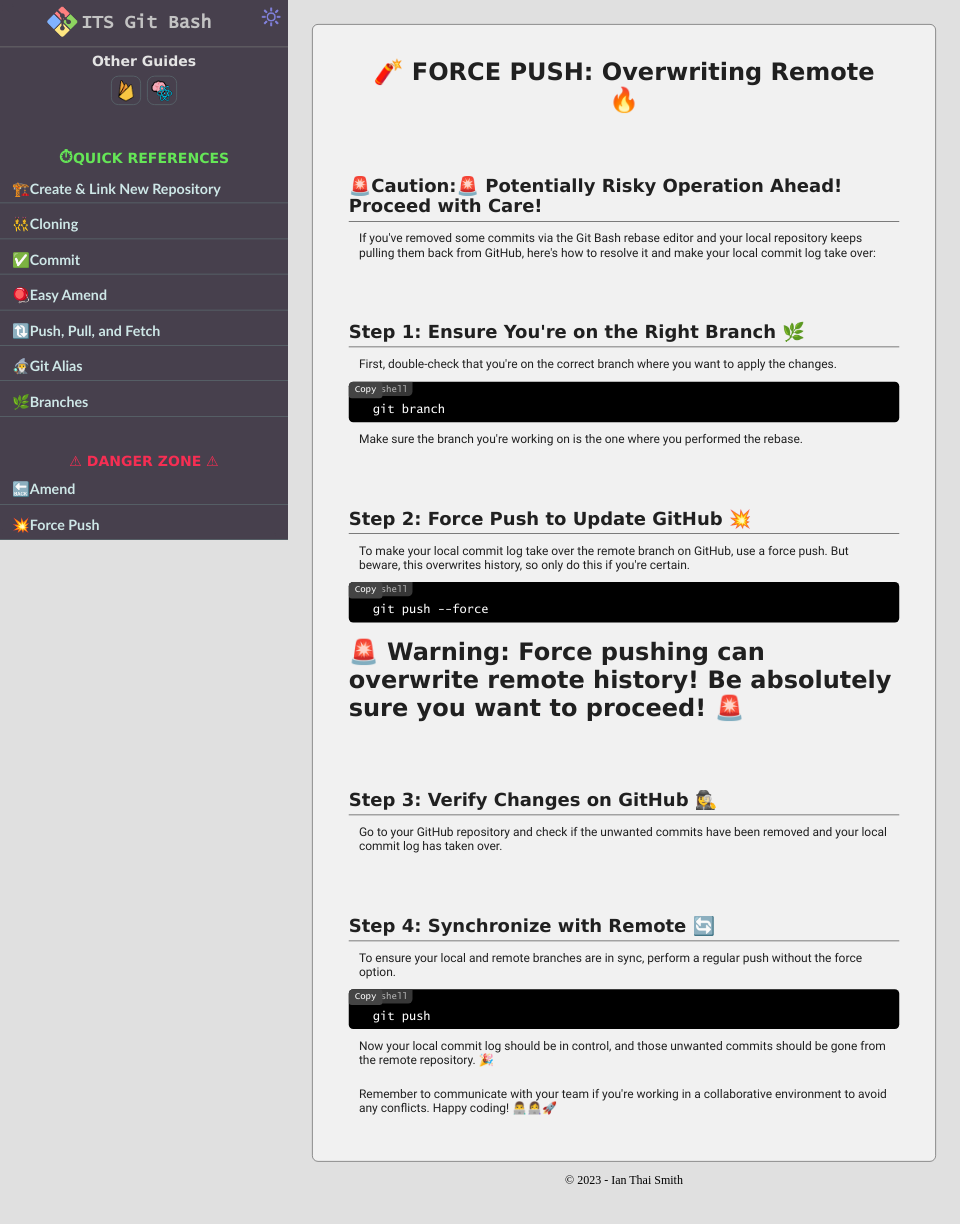
Repository: whyDoILoveThis/project__ITS_Git_Bash
Page: html/💥force-push.html
These files come from the project's save history. The page is drawn as it stood at one moment and after the next save; the edit follows.
The browser window is 1280 px wide. The pictures show the whole page, at 75% of full size.

Above is the page before, as saved 2025-07-06 07:14:19.

### html/💥force-push.html
<!DOCTYPE html>
<html lang="en">
  <head>
    <meta charset="UTF-8" />
    <meta name="viewport" content="width=device-width, initial-scale=1.0" />
    <link rel="stylesheet" href="/css/normalize.css" />
    <link rel="stylesheet" href="/css/style.css" />
    <title>💥Force Push💥</title>
  </head>
  <body>
    <!--!!!!!-->
    <!--! MAIN-WRAP -->
    <div class="main-wrap">
      <section class="article-wrap">
        <article class="article">
          <h1 class="article__heading">🧨 FORCE PUSH: Overwriting Remote 🔥</h1>

          <h2>
            🚨Caution:🚨 Potentially Risky Operation Ahead! Proceed with Care!
          </h2>

          <p>
            If you've removed some commits via the Git Bash rebase editor and
            your local repository keeps pulling them back from GitHub, here's
            how to resolve it and make your local commit log take over:
          </p>

          <h2>Step 1: Ensure You're on the Right Branch 🌿</h2>

          <p>
            First, double-check that you're on the correct branch where you want
            to apply the changes.
          </p>

          <div class="code"><p>git branch</p></div>

          <p>
            Make sure the branch you're working on is the one where you
            performed the rebase.
          </p>

          <h2>Step 2: Force Push to Update GitHub 💥</h2>

          <p>
            To make your local commit log take over the remote branch on GitHub,
            use a force push. But beware, this overwrites history, so only do
            this if you're certain.
          </p>

          <div class="code"><p>git push --force</p></div>

          <h1>
            🚨 Warning: Force pushing can overwrite remote history! Be
            absolutely sure you want to proceed! 🚨
          </h1>

          <h2>Step 3: Verify Changes on GitHub 🕵️‍♀️</h2>

          <p>
            Go to your GitHub repository and check if the unwanted commits have
            been removed and your local commit log has taken over.
          </p>

          <h2>Step 4: Synchronize with Remote 🔄</h2>

          <p>
            To ensure your local and remote branches are in sync, perform a
            regular push without the force option.
          </p>

          <div class="code"><p>git push</p></div>

          <p>
            Now your local commit log should be in control, and those unwanted
            commits should be gone from the remote repository. 🎉
          </p>

          <p>
            Remember to communicate with your team if you're working in a
            collaborative environment to avoid any conflicts. Happy coding!
            👨‍💻👩‍💻🚀
          </p>
        </article>
      </section>
    </div>
    <!--! MAIN-WRAP -->
    <!--! !!!!!!! -->
    <script src="/JS/dynamic-nav.js"></script>
    <script src="/JS/copy-code-btn.js"></script>
  </body>
</html>

### css/style.css


/*TODO: REFACTOR FOR BETTER ORGANIZATION
        AND REMOVING REDUNDANCIES*/

        :root {
            --size--brightness-toggler: 50px;
        }


.gradient {
    width: 100vw;
    height: 100vh;
    background: rgb(52,30,84);
background: linear-gradient(360deg, rgba(52,30,84,1) 0%, rgba(67,41,166,1) 100%);
}

@font-face {
    font-family: LucidaConsole;
    src: url(/fonts/lucon.ttf);

}

@font-face {
    font-family: Roboto;
    src: url(/fonts/Roboto-Regular.ttf);
}

body {
    font-family: 'Lucida Sans', 'Lucida Sans Regular', 'Lucida Grande', 'Lucida Sans Unicode', Geneva, Verdana, sans-serif;
    transition: background-color 0.3s ease-in;
    background-color: rgb(36, 31, 35);

}

body::-webkit-scrollbar-track
{
	-webkit-box-shadow: inset 0 0 6px rgba(0,0,0,0.3);
	border-radius: 10px;
	background-color: rgb(52, 29, 69);
}

body::-webkit-scrollbar
{
    border-radius: 10px;

	width: 5px;
	background-color: rgb(50, 41, 56);
}

body::-webkit-scrollbar-thumb
{
	border-radius: 10px;
	-webkit-box-shadow: inset 0 0 6px rgba(0,0,0,.3);
	background-color: #8181DB;
}



ul {
    list-style-type: none;
    padding: 0;
    padding-bottom: 4rem;
    margin: 0;
}

ul li {
    padding: 1rem 0 0.5rem 1rem;
    border-bottom: 0.5px solid rgb(90, 105, 110);
}

li a {
    text-decoration: none;
    color: rgb(206, 231, 231);
    font-family: 'Trebuchet MS', 'Lucida Sans Unicode', 'Lucida Grande', 'Lucida Sans', Arial, sans-serif;
    font-weight: 600;
    text-decoration-thickness: 0px;
    font-size: 19px;
}

a {
    color: rgb(45, 143, 248);
    text-decoration: none;
}

a:hover {
    font-weight: 600;
    text-decoration: underline;
}

li a:hover {
    text-decoration: underline;
    text-decoration-thickness: 2px;
    text-decoration-color: rgb(110, 203, 103);
}

em {
    font-style: normal;
}

.main-wrap {
    display: flex;
    height: 100%;
    width: 100%;
}

/** NAV */

.nav {
    z-index: 100;
    background: rgba(50, 41, 56, 0.877);
    backdrop-filter: blur(8px);
    -webkit-backdrop-filter: blur(8px);
    display: flex;
    flex-direction: column;
    width: 30%;
    height: 100%;
    position: fixed;
    overflow: auto;
    transition: all 0.37s ease-out;
}

.nav::-webkit-scrollbar-track
{
	-webkit-box-shadow: inset 0 0 6px rgba(0,0,0,0.3);
	border-radius: 10px;
	background-color: rgb(50, 41, 56);
}

.nav::-webkit-scrollbar
{
    border-radius: 10px;

	width: 3px;
	background-color: rgb(50, 41, 56);
}

.nav::-webkit-scrollbar-thumb
{
	border-radius: 10px;
	-webkit-box-shadow: inset 0 0 6px rgba(0,0,0,.3);
	background-color: #8181DB;
}


.logo-wrap {
    height: auto;
    max-height: 40px;
    display: flex;
    align-items: center;
    justify-content: center;
    gap: 0.3rem;
    padding: 0.7rem;
    border-bottom: 1px solid rgb(115, 115, 115);
    padding-right: var(--size--brightness-toggler);

}

.logo__icon {
    width: 8vw;
    max-width: 40px;
    height: 8vw;
    max-height: 40px;
    display: inline;
}

.logo__tag {
    color: rgb(195, 195, 195);
    font-family:  LucidaConsole, Arial, Helvetica, sans-serif;
    white-space: 1px;
    font-size: 24px;
    font-weight: 600;
    margin: 0;
}

.dark-mode-toggler-wrap {
    position: absolute;
    top: 10px;
    right: 10px;

}

.other-guides-wrap {
    margin: 0.5rem;
    display: flex;
    justify-content: center;
    align-self: center;
    gap: 0.5rem;
}

.other-guides-wrap > a > img {
    width: 28px;
}

.other-guides-heading {
    color: rgb(228, 228, 228);
    margin-top: 0;
}

.guide-link {
    border: 1px solid rgb(90, 105, 110);
    border-radius: 10px;
    display: flex;
    justify-content: center;
    padding: 0.3rem;
    transition: background-color 0.4s;
}

.guide-link:hover {
    background-color: rgba(255, 255, 255, 0.117);
}

.quick-ref-heading {
    color: rgb(101, 230, 87);
    text-transform: uppercase;
}

.quick-ref-heading::before {
    content: '⏱';
    font-size: 24px;
}

.article-wrap {
    margin-left: 30%;
    width: calc(70% - 2rem * 2);
    padding: 2rem;
}

.article {
    border: 1px solid rgb(109, 109, 109);
    border-radius:8px;
    display: flex;
    flex-direction: column;
    padding: 3rem;
    padding-top: 2rem;

    background-color: rgb(49, 49, 49);
    color: rgba(255, 255, 255, 0.90);
    transition: background-color 0.4s ease-in, color 0.5s ease-in;

}

.article__heading,
.article h2.h2--large {
    text-align: center;
    font-size: 32px;
    margin: 0.8rem;
    border: 0;
}

.article h2 {
    margin: 4.4rem 0 0rem 0;
    border-bottom: 1px solid #555;
    padding-bottom: 0.3rem;
}


.article > p {
    font-family: Roboto, Arial, Helvetica, sans-serif;
    margin: 0.85rem;
}

.emoji {
    display: inline;
    width: 20px;
}

.emoji--rocket {
    content: url(/img/emoji-rocket.PNG);
}

.code {
    font-family: LucidaConsole, Arial, Helvetica, sans-serif;
    white-space: nowrap;
    background-color: black;
    color: white;
    font-style: normal;
    width: 100%;
    display: flex;
    flex-direction: column;
    border-radius: 6px;
    overflow: auto;
}

.code p::selection,
.code em::selection {
    background: rgba(214, 172, 238, 0.273);
    color: inherit;
}

.code::-webkit-scrollbar {
    width: 12px;
    background-color: #F5F5F5;
    height: 7px;
}
.code::-webkit-scrollbar-thumb {
    border-radius: 1px;
    -webkit-box-shadow: inset 0 0 6px rgba(0,0,0,.3);
    background-color: #555;
}
.code::-webkit-scrollbar-track {
    -webkit-box-shadow: inset 0 0 6px rgba(0,0,0,0.3);
    border-radius: 1px;
    background-color: #F5F5F5;
}


.code::before {
    content: 'bash shell';
    background-color: rgb(55, 55, 55);


    align-self: flex-start;

    color: rgb(184, 184, 184);
    padding: 0.25rem 0.4rem 0.1rem 0.4rem;
    border-radius: 6px 0px 6px 0;
    font-size: 12px;
}

.code--html::before {
    content: 'HTML';
    color: rgb(255, 72, 0);
    letter-spacing: 1px;
}

.code--js::before {
   content: 'javascript';
   color: yellow;
}

.code--json::before {
    content: 'json';
    color: rgb(93, 184, 93);
}

.code--file-struct::before {
    content: '📁';
    font-size: 20px;
}

.code p {
    margin: 0.5rem 0 0.5rem 2rem;
    display: inline-block;
    flex: 0 0 100%;
}

.comnt {
    color: rgb(123, 123, 123);
}

.orng {
    color: orange;
}

.grn {
    color: rgb(60, 162, 60);
}

.blu {
    color: rgb(74, 189, 255);
}

.red {
    color: rgb(246, 46, 83);
}

/** BUTTONS */

.btn-group {
    display: flex;
    gap: 0.5rem;
}

.btn {
    position: relative;
    z-index: 99;
    width: 100%;
    font-family: Roboto, Arial, Helvetica, sans-serif;
    font-size: 24px;
    text-shadow: 0 0 2px rgba(0, 0, 0, 0.577);
    padding: 10px 20px;
    background-color: #27396a;

    color: #6cbbfb;
    cursor: pointer;
    border-radius: 10px;
    border: 1.5px solid rgb(0, 0, 0);
    margin-top: 1rem;
}

.btn--important {
    color: rgb(252, 107, 107);
    background-color: rgb(83, 32, 32);
}

.btn--more-info-box {

    font-family: Roboto, Arial, Helvetica, sans-serif;
    background-color: #eeeeee;
    background-color: #363232;

    color: #202020;
    color: rgba(255, 255, 255, 0.90);
    position: relative;
    top: -1rem;
    padding: 1rem;
    border-radius: 8px;
    text-align: center;
    border: 1.5px solid rgb(0, 115, 225);
    animation: 0.5s ease-in-out;
    transform-origin: top center;
    transition: background-color 0.4s ease-in, color 0.5s ease-in;
}

.btn--more-info-box.hidden {
    display: none;

}

@keyframes bounceDown {
    0% {
        transform: scaleY(0);
        opacity: 0;
    }
    70% {
        transform: scaleY(1.04);
        opacity: 1;
    }
    100% {
        transform: scaleY(1);
        opacity: 1;
    }
}

@keyframes bounceUp {
    0% {
        transform: scaleY(1);
        opacity: 1;
    }

    20% {
        transform: scaleY(1.04);
        opacity: 0.8;
    }

    100% {
        transform: scaleY(0);
        opacity: 0.2;
    }
}

.btn--more-info-box p {
    text-align: left;
}

.btn--more-info-box h2 {
    margin-top: 2.5rem;
}

.btn--more-info-box h3 {
    margin-top: 1.5rem;
    margin-bottom: 0;
}

@media screen and (min-width: 768px) {
    .nav-toggler {
        position: fixed;
        display: none;
        visibility: hidden;
    }
}

@media screen and (max-width: 778px) {
    ul li {
        padding: 0.8rem 0.3rem 0.5rem 0.8rem;
    }

    li a {
        font-size: 17px;
    }

    .nav {
        margin: 0;
        width: 100%;
        height: 60px;
        overflow: hidden;
        border-top-right-radius: 0;
        border-bottom-left-radius: 10px;
        border-bottom-right-radius: 10px;
        box-shadow: 1px 1px 1px 3px rgba(0, 0, 0, 0.179);
    }

    .nav-expanded {
        width: 85%;
        height: 100%;
        overflow-y: auto;
        box-shadow: 1px 1px 0px 700px rgba(0, 0, 0, 0.5);
        border-bottom-left-radius: 0;
    }

    .nav-expanded .nav-toggler {
        position: absolute;
        transform: translateY(60px);
    }

    .logo-wrap {
        place-self: center;
        padding-right: var(--size--brightness-toggler);
        padding-left: var(--size--brightness-toggler);
    }
    .logo__icon {
        height: 40px;
        width: 40px;
    }
    .dark-mode-toggler-wrap {
        position: absolute;
        top: 15px;
        right: 10px;

    }
    .nav-toggler {
       width: 40px;
       position: absolute;
       left: 10px;

       transition: all 0.2s;
    }

    .logo__tag {
        font-size: 22px;
        white-space: nowrap;
    }

    .article-wrap {
        margin: 0;
        width: calc(100% - 0.5rem * 2);
         padding: 0.5rem;
         margin-top: 70px;
     }
     .article {
        padding: 0.5rem;
    }
}

.copyright::before {
    content: '© 2023 - Ian Thai Smith ';
    font-family: 'Times New Roman', Times, serif ;
    display: flex;
    justify-content: center;

}






/*& CODE COPY BUTTON */
/*& CODE COPY BUTTON */
/*& CODE COPY BUTTON */



.copy-btn {
  position: absolute;

  background: #444;
  color: #fff;
  border: none;
  padding: 4px 8px;
  font-size: 0.75rem;
  cursor: pointer;
  border-radius: 4px;
  transition: background 0.2s ease;
}

.copy-btn:hover {
  background: #666;
}

### JS/dynamic-nav.js
const head = document.getElementsByTagName('head')[0];
const tabIcon = document.createElement("link");
tabIcon.href = "/img/git-bash-icon.png";
tabIcon.rel = "icon";
head.appendChild(tabIcon);

const articleWrap = document.querySelector(".article-wrap");

const copyright = document.createElement("p");
copyright.classList.add("copyright");

articleWrap.appendChild(copyright);

// Select the target element
const container = document.querySelector(".main-wrap");

// Create the main navigation element
const navigation = document.createElement("nav");
navigation.classList.add("nav");

function expandNav(){
    navigation.classList.toggle("nav-expanded")
}

const navToggler = document.createElement("img");
navToggler.src = "/img/icon-nav-toggler.png";
navToggler.classList.add("nav-toggler");
navToggler.addEventListener("click", expandNav);



// Create the logo-wrap div
const logoWrap = document.createElement("div");
logoWrap.classList.add("logo-wrap");

// Create the logo icon
const logoIcon = document.createElement("img");
const homeLink = document.createElement("a");
homeLink.href = "/index.html";
logoIcon.src = "/img/git-bash-icon.png";
logoIcon.alt = "";
logoIcon.classList.add("logo__icon");
homeLink.appendChild(logoIcon);


// Create the logo tag
const logoTag = document.createElement("p");
logoTag.classList.add("logo__tag");
logoTag.innerText = "ITS Git Bash";


const darkModeTogglerWrap = document.createElement("div");
darkModeTogglerWrap.classList.add("dark-mode-toggler-wrap");
const darkModeToggler = document.createElement("img");
darkModeTogglerWrap.appendChild(darkModeToggler);
darkModeToggler.src = "/img/icon-brightness-dim.png";
darkModeToggler.style.width = "25px";
darkModeToggler.classList.add(".dark-mode-toggler");

const article = document.querySelector('.article')


darkModeToggler.addEventListener("click", toggleBrightness);

const otherGuidesWrap = document.createElement("div");
otherGuidesWrap.classList.add("other-guides-wrap");

const otherGuides = document.createElement("h3");
otherGuides.innerText = "Other Guides";
otherGuides.classList.add('other-guides-heading');
otherGuides.style.textAlign = "center";
otherGuides.style.marginBottom = "0";
otherGuides.style.marginTop = "0.5rem";

const linkBash = document.createElement('a');
const imgBash = document.createElement("img");
linkBash.classList.add('guide-link');
imgBash.src = "/img/firebase-icon.png";
linkBash.href = "https://its-firebase.vercel.app";
linkBash.appendChild(imgBash);
otherGuidesWrap.appendChild(linkBash);
// another
const linkReact18 = document.createElement('a');
const imgReact18 = document.createElement("img");
linkReact18.classList.add('guide-link');
imgReact18.src = "/img/learn-react18-icon.png";
linkReact18.href = "https://learn-react18.vercel.app";
linkReact18.appendChild(imgReact18);
otherGuidesWrap.appendChild(linkReact18);




const infoBoxes = document.querySelectorAll('.btn--more-info-box');


// Check if 'bright' is stored in localStorage
const storedBright = localStorage.getItem('bright');

// Initialize 'bright' with the stored value (or default to false if not found)
let bright = storedBright === 'false';


function toggleBrightness() {
    bright = !bright;

    // Store the updated 'bright' value in localStorage
    localStorage.setItem('bright', bright);

 // Update UI and apply styles based on 'bright' state

    if(bright){
    fadeOutAndChange(darkModeToggler, "/img/icon-brightness-bright.png");
    document.body.style.backgroundColor = 'rgb(224, 224, 224)';
    article.style.backgroundColor = 'rgb(241, 241, 241)';
    article.style.color = '#202020';
    copyright.style.color = 'black';
    infoBoxes.forEach(infoBox => {
        infoBox.style.backgroundColor = '#eeeeee';
        infoBox.style.color = '#202020';
    });
    } else {
        fadeOutAndChange(darkModeToggler, "/img/icon-brightness-dim.png");
        document.body.style.backgroundColor = 'rgb(36, 31, 35)';
        article.style.backgroundColor = 'rgb(49, 49, 49)';
        article.style.color = 'rgba(255, 255, 255, 0.90)';
        copyright.style.color = 'white';
        infoBoxes.forEach(infoBox => {
            infoBox.style.backgroundColor = '#363232';
            infoBox.style.color = 'rgba(255, 255, 255, 0.90)';
        });
    }
}

function fadeOutAndChange(element, newImageSrc) {
    element.style.opacity = 0;
    setTimeout(() => {

        element.src = newImageSrc;
        element.style.opacity = 1;
    }, 200); // Adjust the time to match your CSS transition duration
}

// Call toggleBrightness to initialize UI based on stored value
toggleBrightness();


// Append the logo icon and tag to the logo-wrap div
logoWrap.appendChild(navToggler);
logoWrap.appendChild(homeLink);
logoWrap.appendChild(logoTag);



// Create the links list
const linkList = document.createElement("ul");
linkList.classList.add("link__list");


const quickRefs = document.createElement("h3");
quickRefs.innerText = "Quick References";
quickRefs.classList.add('quick-ref-heading');
quickRefs.style.textAlign = "center";
quickRefs.style.marginBottom = "0";
quickRefs.style.marginTop = "3rem";
linkList.appendChild(quickRefs);
/****************LINKS****************** */
/****************LINKS****************** */
// Create a list item for the link
const linkItem1 = document.createElement("li");
linkItem1.classList.add("link");
// Create the link itself
const linkCreateNewRepo = document.createElement("a");
linkCreateNewRepo.href = "/html/create-and-link-new-repo.html";
linkCreateNewRepo.innerText = "🏗️Create & Link New Repository";
// Append the link to the list item
linkItem1.appendChild(linkCreateNewRepo);
// Append the list item to the links list
linkList.appendChild(linkItem1);

// Create a list item for the link
const linkItem2 = document.createElement("li");
linkItem2.classList.add("link");
const linkCloning = document.createElement("a");
linkCloning.href = "/html/cloning.html";
linkCloning.innerText = "👯‍♀️Cloning";
// Append the link to the list item
linkItem2.appendChild(linkCloning);
// Append the list item to the links list
linkList.appendChild(linkItem2);

const linkItem3 = document.createElement("li");
linkItem3.classList.add("link");
const linkCommit = document.createElement("a");
linkCommit.href = "/html/commit.html";
linkCommit.innerText = "✅Commit";
linkItem3.appendChild(linkCommit);
linkList.appendChild(linkItem3);

const linkItem3v1 = document.createElement("li");
linkItem3v1.classList.add("link");
const linkEasyAmend = document.createElement("a");
linkEasyAmend.href = "/html/easy-amend.html";
linkEasyAmend.innerText = "🪀Easy Amend";
linkItem3v1.appendChild(linkEasyAmend);
linkList.appendChild(linkItem3v1);

const linkItem4 = document.createElement("li");
linkItem4.classList.add("link");
const linkPushPullAndFetch = document.createElement("a");
linkPushPullAndFetch.href = "/html/push-pull-and-fetch.html";
linkPushPullAndFetch.innerText = "🔃Push, Pull, and Fetch";
linkItem4.appendChild(linkPushPullAndFetch);
linkList.appendChild(linkItem4);

const linkItem7 = document.createElement("li");
linkItem7.classList.add("link");
const linkGitAlias = document.createElement("a");
linkGitAlias.href = "/html/git-alias.html";
linkGitAlias.innerText = "🧙‍♂️Git Alias";
linkItem7.appendChild(linkGitAlias);
linkList.appendChild(linkItem7);

const linkItem8 = document.createElement("li");
linkItem8.classList.add("link");
const linkBranches = document.createElement("a");
linkBranches.href = "/html/branches.html";
linkBranches.innerText = "🌿Branches";
linkItem8.appendChild(linkBranches);
linkList.appendChild(linkItem8);

const dangerZone = document.createElement("h3");
dangerZone.innerText = "⚠ DANGER ZONE ⚠";
dangerZone.style.textAlign = "center";
dangerZone.classList.add("red");
dangerZone.style.marginBottom = "0";
dangerZone.style.marginTop = "3rem";
linkList.appendChild(dangerZone);

const linkItem5 = document.createElement("li");
linkItem5.classList.add("link");
const linkAmend = document.createElement("a");
linkAmend.href = "/html/amend.html";
linkAmend.innerText = "🔙Amend";
linkItem5.appendChild(linkAmend);
linkList.appendChild(linkItem5);

const linkItem6 = document.createElement("li");
linkItem6.classList.add("link");
const linkForcePush = document.createElement("a");
linkForcePush.href = "/html/💥force-push.html";
linkForcePush.innerText = "💥Force Push";
linkItem6.appendChild(linkForcePush);
linkList.appendChild(linkItem6);





/****************LINKS****************** */
/****************LINKS****************** */


// Append the logo-wrap div and links list to the navigation
navigation.appendChild(logoWrap);
navigation.appendChild(darkModeTogglerWrap);
navigation.appendChild(otherGuides);
navigation.appendChild(otherGuidesWrap);
navigation.appendChild(linkList);

// Append the navigation to the container
container.appendChild(navigation);

### JS/copy-code-btn.js
 document.querySelectorAll(".code").forEach((codeBlock) => {
        // Create copy button
        const btn = document.createElement("button");
        btn.className = "copy-btn";
        btn.textContent = "Copy";

        // Insert button into the code block
        codeBlock.style.position = "relative";
        codeBlock.appendChild(btn);

        // Copy logic
        btn.addEventListener("click", () => {
          const text = codeBlock.querySelector("p").innerText;
          navigator.clipboard.writeText(text).then(() => {
            btn.textContent = "✅ Copied!";
            setTimeout(() => (btn.textContent = "Copy"), 2000);
          });
        });
      });

Loaded but not shown: css/normalize.css (library)

After the next save:
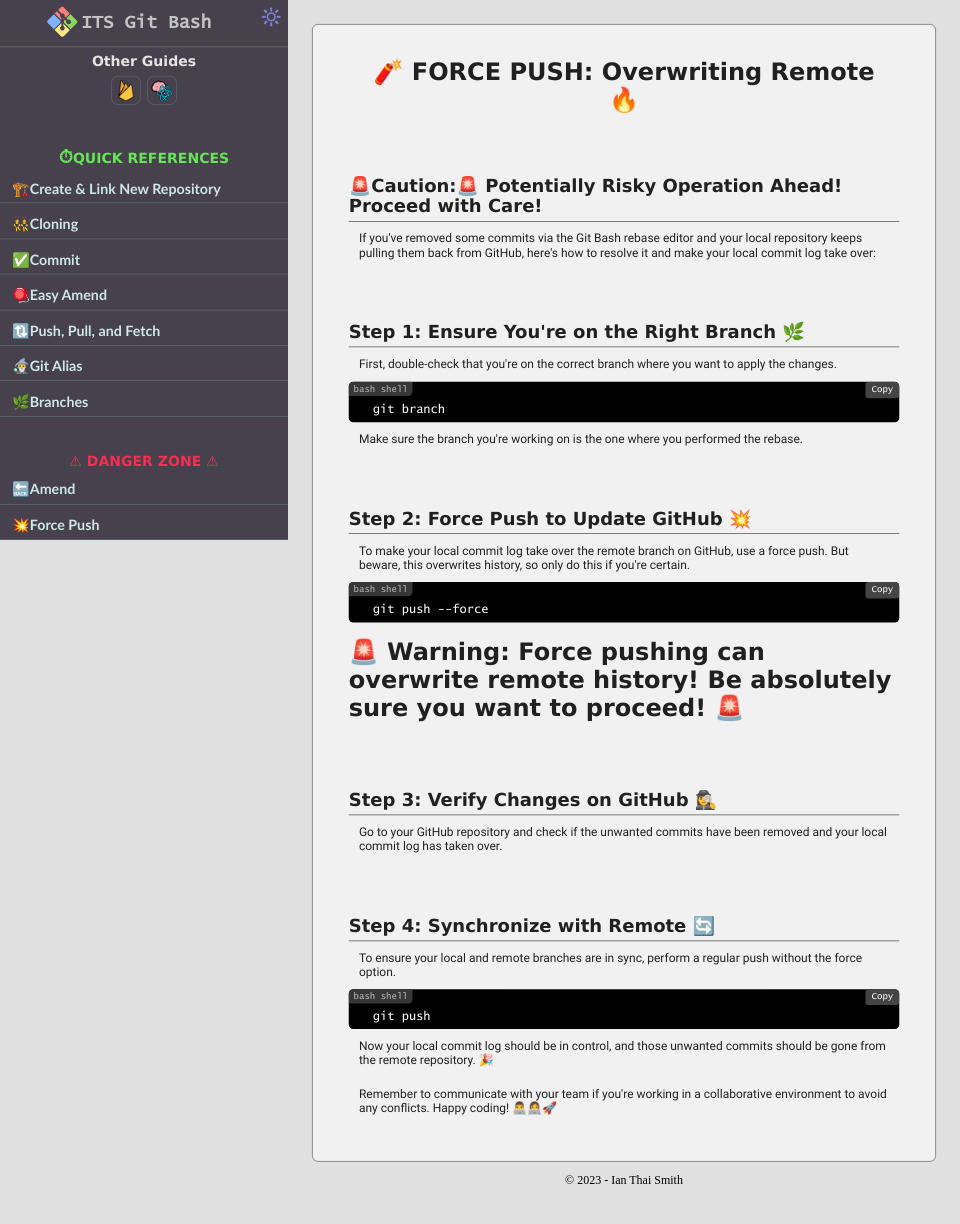
Saved 12 s later.
--- a/css/style.css
+++ b/css/style.css
@@ -564,7 +564,8 @@ em {
 
 .copy-btn {
   position: absolute;
-
+  top: 0px;
+  right: 0px;
   background: #444;
   color: #fff;
   border: none;
